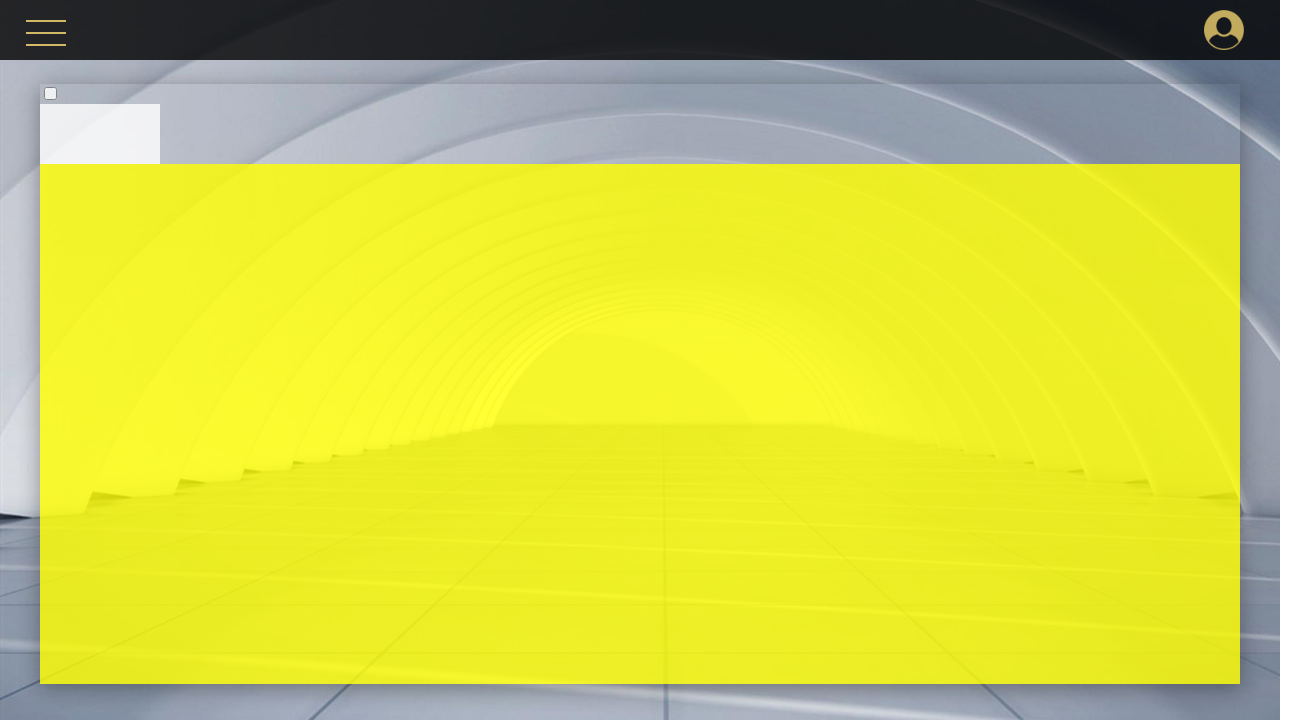
Repository: ustc-hzy/ziYang
Page: login.html
An editor plug-in stored every save of this project. The page is shown before and after a run of saves, followed by the edit.
The browser window is 1280 px wide. The page is 1280 px wide, then 1310 px, so the pictures cover 1310 px, including what lies to the right of the window. The pictures show the whole page.

Above is the page before, as saved 2020-06-19 12:05:47.

### login.html
<!DOCTYPE html>
<html lang="en">
<head>
    <meta charset="UTF-8">
    <meta name="viewport" content="width=device-width, initial-scale=1.0">
    <link rel="stylesheet" href="css/style.css" type="text/css">
    <link rel="stylesheet" href="css/login.css" type="text/css">
    <title>主页</title>
</head>
<body>
    <header>
        <!-- 导航栏内容 -->
        <div class="inner">
            <!-- 用于控制菜单栏开关 -->
            <input type="checkbox" id="ham">
            <label for="ham">
                <!-- 汉堡菜单栏 -->
                <div class="hamburger-container">
                    <span></span>
                    <span></span>
                    <span></span>
                </div>
                <!-- 注册按钮 -->
                <a href="login.html"><img src="img/login.png" width="40px"></a>
            </label>
            <!-- 菜单栏各项 -->
            <nav>
                <ul>
                    <li><a href="index.html">网站首页</a></li>
                    <li><a href="resume.html">个人简历</a></li>
                    <li><a href="album.html">旅行相册</a></li>
                    <li><a href="episode.html">剧集收藏</a></li>
                </ul>
            </nav>
            <!-- 打开菜单栏的遮罩 -->
            <div class="mask"></div>
        </div>
        <!-- 主页展示内容 -->
        <div class="content-container">
            <div class="card-container">
                <input type="checkbox" id="login-box">
                <label for="login-box">
                    <div class="button"></div>
                </label>
                <div class="login-card"></div>
                <div class="sgin-card"></div>
            </div>
        </div>
    </header>
</body>
</html>

### css/style.css
/* 导航栏背景 */
header{
    height: 60px;
    background-color: #000000;
    opacity: 0.8;
}
/* 导航栏内部 */
.inner{
    width: 96%;
    margin: auto;
}
/* 用于开关的checkbox */
#ham{
    display: none;
}
/* 当chexkbox选中时，改变第一条线 */
#ham:checked + label .hamburger-container span:nth-child(1){
    transform: rotate(45deg);
    top: 12px;
    transition: transform .3s ease-in-out, top .3s ease-in-out 3s;
}
/* 当chexkbox选中时，第二条线消失 */
#ham:checked + label .hamburger-container span:nth-child(2){
    opacity: 0;
}
/* 当chexkbox选中时，改变第三条线 */
#ham:checked + label .hamburger-container span:nth-child(3){
    transform: rotate(-45deg);
    top: -12px;
    transition: transform .3s ease-in-out, top .3s ease-in-out 3s;
}
/* 导航栏icon的第二天横线 */
.hamburger-container span:nth-child(2){
    margin-top: 10px;
    transition: opacity .1s ease-in-out .1s;
}
/* 导航栏icon的第三天横线 */
.hamburger-container span:nth-child(3){
    margin-top: 10px;
}
/* 导航栏icon */
.hamburger-container{
    display: block;
    width: 40px;
    height: 40px;
    position: relative;
    top: 20px;
    z-index: 100;
}
/* 导航栏icon的横线 */
.hamburger-container span{
    display: block;
    height: 2px;
    background-color: #dbba53;
    position: relative;
    transition: transform .3s ease-in-out, top .3s ease-in-out .3s;
}
/* 菜单栏子项总的效果 */
nav{
    position: absolute;
    z-index: 100;
    color: #fff;
    top: 50px;
    transform: scaleY(0); /* 垂直方向缩小到0，即关闭 */
    transition: all .3s ease-in-out;
    transform-origin: 50% 0; /* 将中心点移到顶部 */
    opacity: 0; /* 渐入渐出效果 */
}
/* 当chexkbox选中时，展示nav */
#ham:checked ~ nav{
    transform: scaleY(1); /* 垂直方向扩大到1，即打开 */
    opacity: 1;
    transition: all .3s ease-in-out;
}
/* 导航栏的遮罩 */
.mask {
    width: 100vw;
    height: 100vh;
    position: fixed;
    top: 0;
    left: 0;
    background: #000000;
    opacity: 0;
    z-index: 10; /* 防止遮住要显示的部分 */
    transform: scaleY(0);
    transform-origin: 50% 0;
    transition: all .3s ease-in-out;
}
/* 当chexkbox选中时，打开遮罩 */
#ham:checked ~ .mask{
    opacity: 0.9;
    transform: scaleY(1);
    transition: all .3s ease-in-out;
}
nav ul{
    position: relative;
    right: 40px;
    margin-top: 2em;
    list-style-type:none;
    font-size: 30px;
}
nav ul li{
    padding: 0.5em;
}
nav ul li:hover{
    border-right: 10px solid #dbba53;
}
nav ul li:hover > a{
    color: #dbba53;
}
/* 导航栏菜单项 */
nav a{
    text-decoration: none;
    color: #ffffff;
}
/* 居中姓名框 */
.name-container{
    position: absolute;
    top: 50%;
    left: 50%;
    transform: translate(-50%,-50%);
    z-index: 1;
    background-color: rgba(0,0,0,0.3); /* 此处使用opacity会让文字也变透明 */
    box-shadow: 0 5px 20px rgba(26,26,26,0.5);
}
/* 居中姓名 */
.mid-name{
    color: #fff;
    font-size: 50px;
    border: 8px solid #fff;
    padding: 40px;
    text-align: center;
}
/* 居中学号 */
.mid-name .id{
    margin-top: 10px;
    font-size: 40px;
}
a img{
    padding: 10px;
}
label{
    display: flex;
    flex-wrap: nowrap;
    justify-content: space-between;
}

### css/login.css
/* 背景图片 */
body {
    height: 100vh;
    width: 100vw;
    margin: 0 auto;
    padding: 0 0 ;
    background-color: #ffffff;
    background-image: url(../img/user_bg.jpg);
    background-repeat: no-repeat;
    background-size: cover;
    overflow: auto;
}
/* 主题内容框 */
.content-container{
    position: absolute;
    top: 50%;
    left: 50%;
    transform: translate(-50%,-46%);
    z-index: 1;
    box-shadow: 0 5px 20px rgba(26,26,26,0.5);
    display: flex;
}
.card-container{
    width: 1200px;
    height: 600px;
    overflow: hidden;
}
.login-card{
    background-color: yellow;
    width: 1200px;
    height: 600px;
}
.sgin-card{
    background-color: red;
    width: 1200px;
    height: 600px;
}
#login:checked ~ .login-card{
    transform: translateY(100%);
    transition: all 0.3s ease-in-out;
}
#login:checked ~ .sgin-card{
    transform: translateY(-100%);
    transition: all 0.3s ease-in-out;
}
/* 用于开关的checkbox */
#login-box{
    /* display: none; */
}
.button{
    width: 120px;
    height: 60px;
    background-color: #fff;
    position: relative;
}

After the next 2 saves:
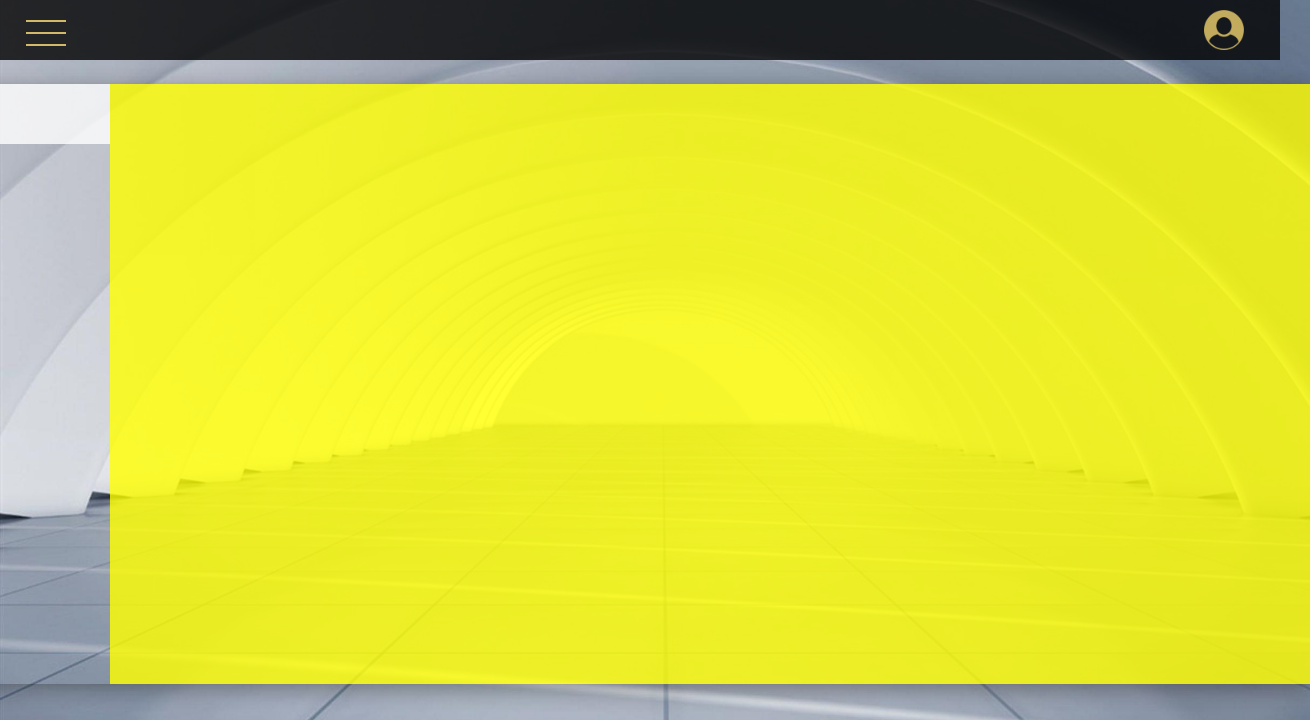
The 2 saves are shown as one change because they came seconds apart.
The last was saved 2 min 15 s later.
--- a/login.html
+++ b/login.html
@@ -37,11 +37,11 @@
         </div>
         <!-- 主页展示内容 -->
         <div class="content-container">
-            <div class="card-container">
-                <input type="checkbox" id="login-box">
+            <input type="checkbox" id="login-box">
                 <label for="login-box">
                     <div class="button"></div>
                 </label>
+            <div class="card-container">
                 <div class="login-card"></div>
                 <div class="sgin-card"></div>
             </div>
